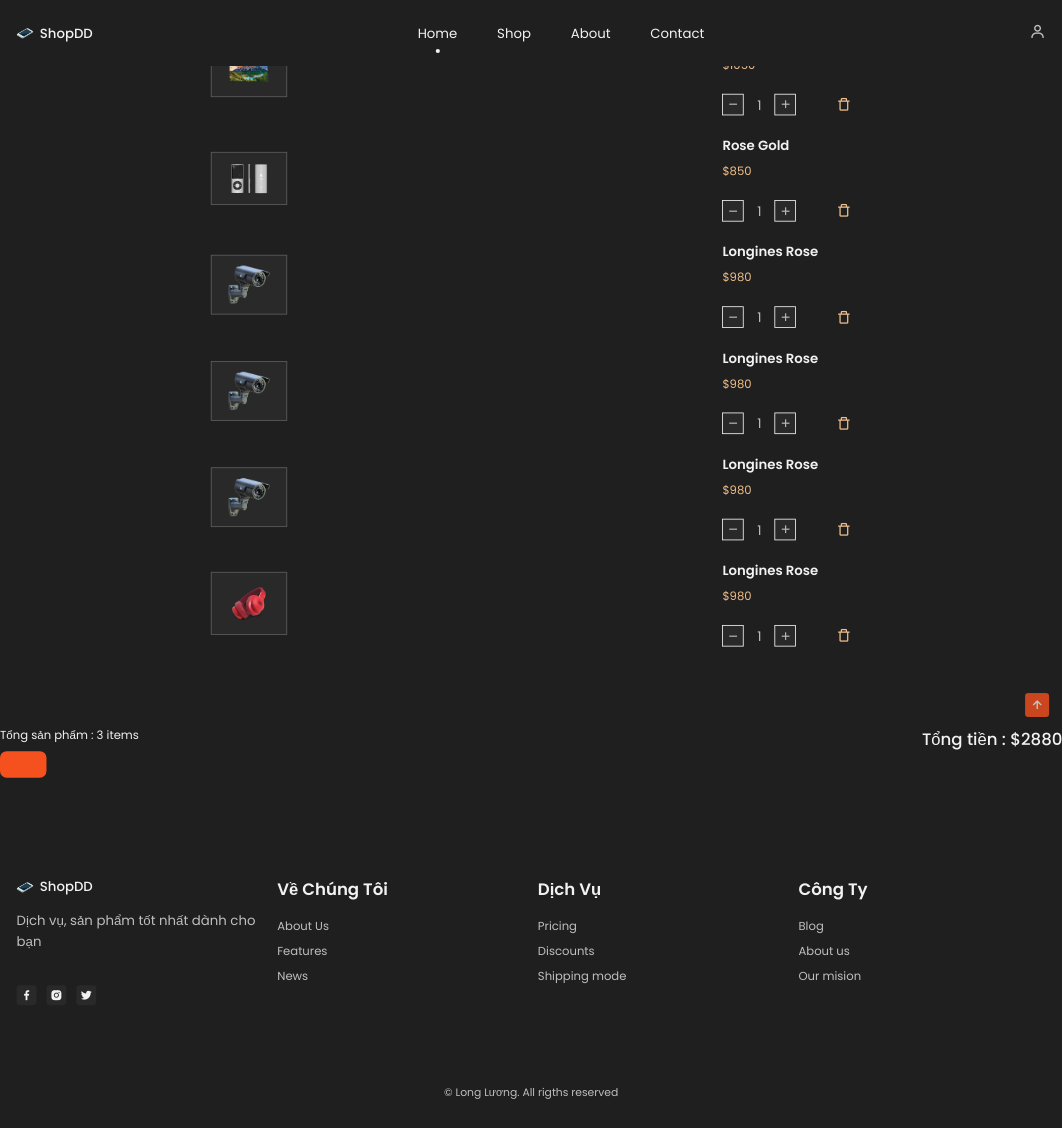
Repository: long5122000/Shopc
Page: mycart.html
These files come from the project's save history. The page is drawn as it stood at one moment and after the next save; the edit follows.
The browser window is 1280 px wide. The pictures show the whole page, at 83% of full size.
The style sheet was rebuilt from its Sass, Less or Tailwind sources for each picture, by a compiler version that may differ from the author's.

Above is the page before, as saved 2021-12-06 14:11:23.

After the next save:
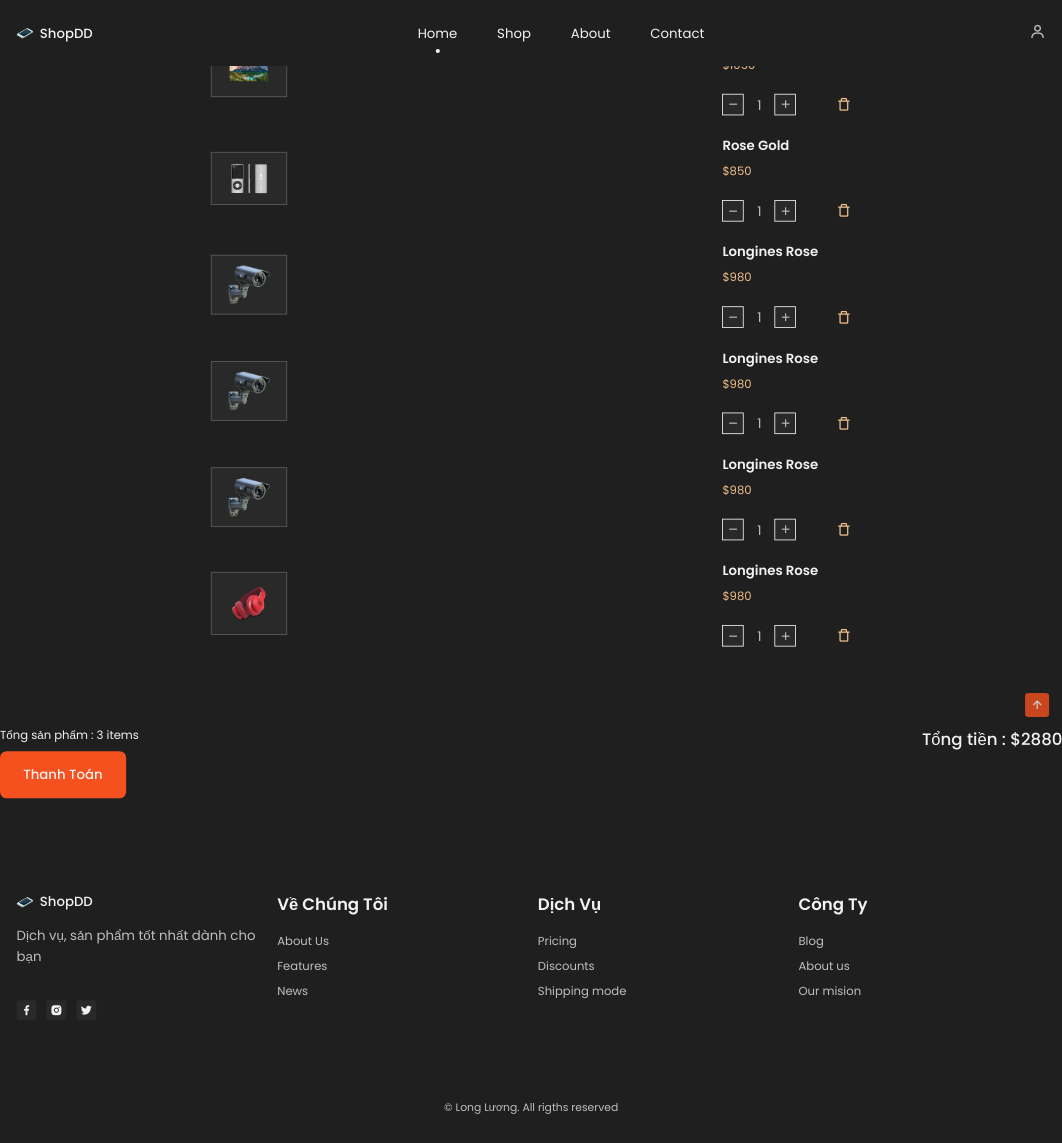
Saved 6 s later.
--- a/mycart.html
+++ b/mycart.html
@@ -238,7 +238,7 @@
           <span class="mycart__prices-item">Tổng sản phẩm : 3 items</span>
           <span class="mycart__prices-total">Tổng tiền : $2880</span>
         </div>
-        <a href="#!" class="button"></a>
+        <a href="#!" class="button">Thanh Toán</a>
       </div>
     </main>
     <footer class="footer section">
